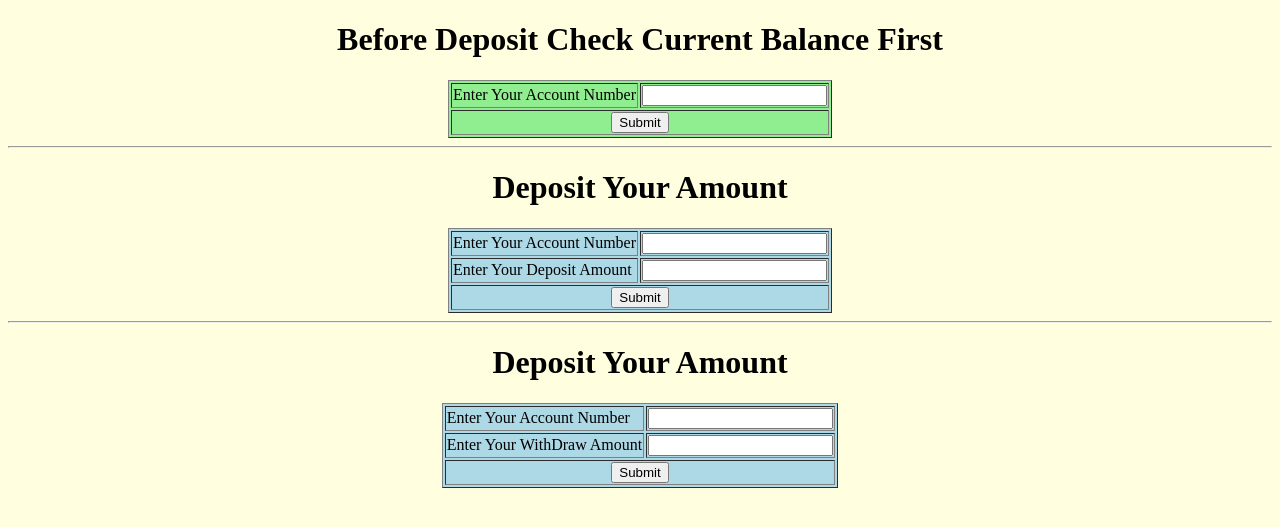
Repository: rukmini10/DXC
Page: DXC_MAVEN/Account/src/main/webapp/deposit.html
These files come from the project's save history. The page is drawn as it stood at one moment and after the next save; the edit follows.
The browser window is 1280 px wide. The pictures show the whole page.

Above is the page before, as saved 2022-05-07 11:18:58.

After the next save:
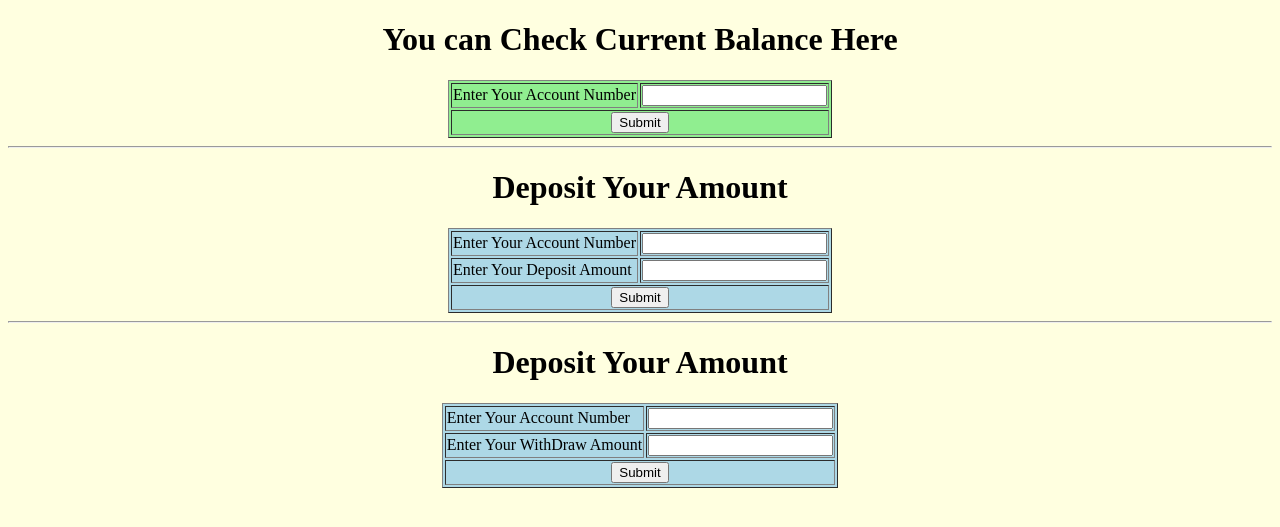
Saved 112 s later.
--- a/DXC_MAVEN/Account/src/main/webapp/deposit.html
+++ b/DXC_MAVEN/Account/src/main/webapp/deposit.html
@@ -13,7 +13,7 @@ and open the template in the editor.
     <body bgcolor="lightyellow">
     <center>
         <div>
-            <h1>Before Deposit Check Current Balance First</h1>
+            <h1>You can Check Current Balance Here</h1>
             <form method="post" action="check_balance.jsp">
                 <table border="1" bgcolor="lightgreen">
                     <tr>
